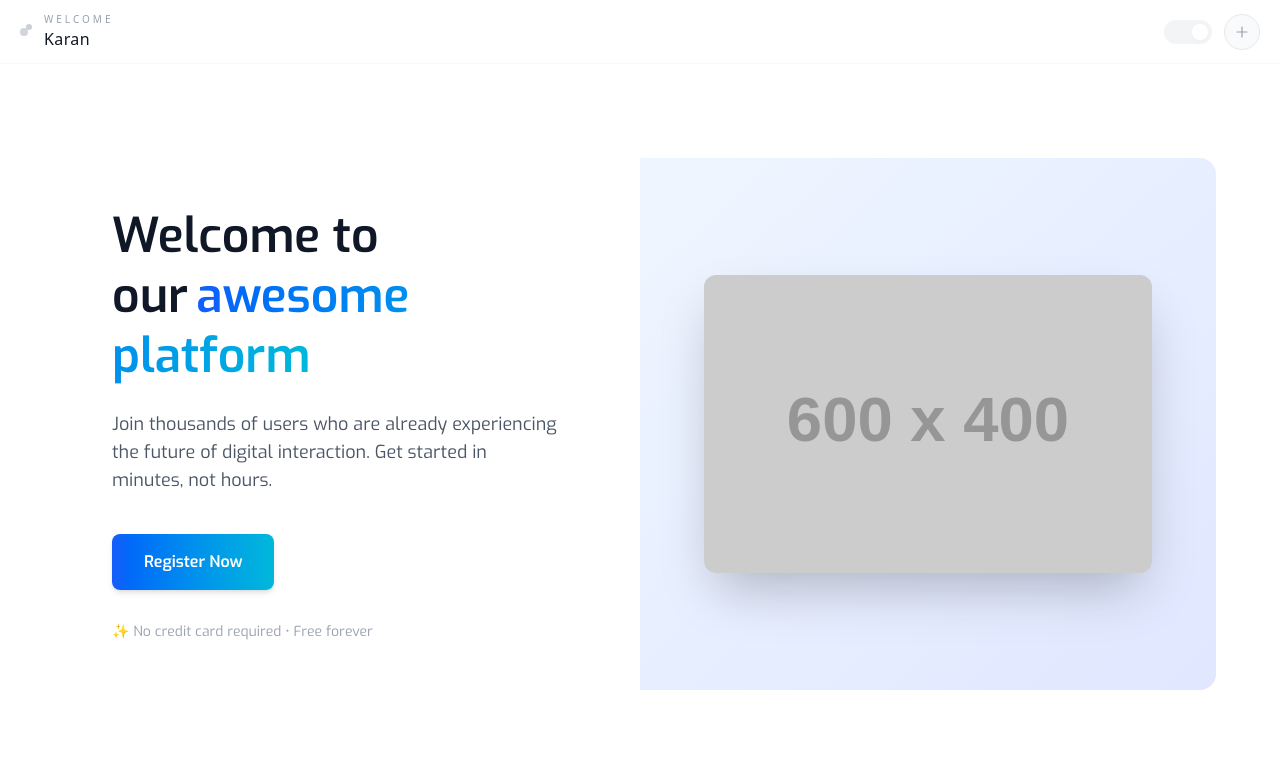
Repository: deepak445566/job
Page: / (app in frontend/)
The author's editor kept a copy of each file at every save. The page is drawn from the files as they stood at one save, then again after the next save.
The browser window is 1280 px wide. The pictures show the whole page.
The page's requests for data from a server got no answer. Some web fonts or font styles are not loaded; a fallback is used. The project was rebuilt for these pictures with package versions that can differ from the ones it lists, and the page was loaded fresh each time. Some packages were replaced by stand-ins written for this rebuild. No one was signed in, and anything a server would have sent is missing. Also part of the build but not shown: frontend/vite.config.js, frontend/src/Components/auth/Login.jsx, frontend/src/Components/study/StudyDashboard.jsx, frontend/src/Components/chill/ChillDashboard.jsx.

Above is the page before, as saved 2026-02-26 13:57:36.

### frontend/index.html
<!doctype html>
<html lang="en">
  <head>
    <meta charset="UTF-8" />
    <link rel="icon" type="image/svg+xml" href="/vite.svg" />
    <meta name="viewport" content="width=device-width, initial-scale=1.0" />
    <title>frontend</title>
    <link rel="preconnect" href="https://fonts.googleapis.com">
<link rel="preconnect" href="https://fonts.gstatic.com" crossorigin>
<link href="https://fonts.googleapis.com/css2?family=Exo:ital,wght@0,100..900;1,100..900&family=Playfair+Display:ital,wght@0,400..900;1,400..900&display=swap" rel="stylesheet">
  </head>
  <body>
    <div id="root"></div>
    <script type="module" src="/src/main.jsx"></script>
  </body>
</html>

### frontend/src/main.jsx
import { StrictMode } from 'react'
import { createRoot } from 'react-dom/client'
import './index.css'
import App from './App.jsx'
import {BrowserRouter} from 'react-router-dom'
import { AppContextProvider } from './context/AppContextProvider.jsx'




createRoot(document.getElementById('root')).render(
  <BrowserRouter>
  <AppContextProvider>
  <StrictMode>
    <App />
  </StrictMode>
  </AppContextProvider>
  </BrowserRouter>
)

### frontend/src/index.css
@import "tailwindcss";
.exo{
  font-family: "Exo", sans-serif;

  font-style: normal;
}

### frontend/src/App.jsx
import React from "react";
import Login from "./Components/auth/Login";
import { Route, Routes } from "react-router-dom";
import Dashboard from "./Components/Dashboard";
import { useAppContext } from "./context/AppContextProvider";
import Navbar from "./Components/common/Navbar";

function App() {
  const { showLogin } = useAppContext(); // user bhi lein context se

  return (
    <div>
      {/* Navbar hamesha dikhega */}
      <Navbar />

      {/* Login modal - tabhi dikhega jab showLogin true ho */}
      {showLogin && <Login />}

      <Routes>
        <Route path="/" element={<Dashboard />} />
      </Routes>
    </div>
  );
}

export default App;

### frontend/src/context/AppContextProvider.jsx
import { useContext, useEffect, useState } from "react";
import { useNavigate } from "react-router-dom";
import axios from "axios";
import { AppContext } from "./AppContext";
import toast from 'react-hot-toast';

axios.defaults.withCredentials = true;
axios.defaults.baseURL = import.meta.env.VITE_BACKEND_URL;
console.log("Base URL:", import.meta.env.VITE_BACKEND_URL);

export const AppContextProvider = ({ children }) => {
  const navigate = useNavigate();
  const [user, setUser] = useState(null);
  const [mode, setMode] = useState('chill'); // Default 'chill' ya 'study'
  const [showLogin, setShowLogin] = useState(false);
  const [loading, setLoading] = useState(true);

  const fetchUser = async () => {
    try {
      const { data } = await axios.get("/api/auth/isauth");
      if (data.success) {
        setUser(data.user);
        // User login hai toh uski mode fetch karo
        fetchUserMode();
      }
    } catch (error) {
      setUser(null);
    } finally {
      setLoading(false);
    }
  };

  // User ka mode fetch karne ka function
  const fetchUserMode = async () => {
    try {
      const { data } = await axios.get("/api/mode/");
      if (data.success) {
        setMode(data.mode);
      }
    } catch (error) {
      console.log("Error fetching mode:", error);
    }
  };

  // Mode toggle karne ka function
  const toggleMode = async () => {
    if (!user) {
      toast.error("Please login first");
      setShowLogin(true);
      return;
    }

    try {
      const { data } = await axios.put("/api/mode/switch");
      if (data.success) {
        setMode(data.mode);
        toast.success(data.message);
      }
    } catch (error) {
      toast.error(error.response?.data?.message || "Error switching mode");
    }
  };

  useEffect(() => {
    fetchUser();
  }, []);

  return (
    <AppContext.Provider
      value={{
        navigate,
        user,
        setUser,
        axios,
        setShowLogin,
        showLogin,
        mode,
        setMode,
        toggleMode,
        loading
      }}
    >
      {children}
    </AppContext.Provider>
  );
};

export const useAppContext = () => useContext(AppContext);

### frontend/src/Components/Dashboard.jsx
// components/Dashboard.jsx
import React from 'react';
import { useAppContext } from '../context/AppContextProvider';
import StudyDashboard from './study/StudyDashboard';
import ChillDashboard from './chill/ChillDashboard';

function Dashboard() {
  const { mode, user, setShowLogin, loading } = useAppContext();

  // Loading state
  if (loading) {
    return (
      <div className="min-h-screen flex items-center justify-center">
        <div className="text-center">
          <div className="w-16 h-16 border-4 border-blue-500 border-t-transparent rounded-full animate-spin mx-auto mb-4"></div>
          <p className="text-gray-600">Loading dashboard...</p>
        </div>
      </div>
    );
  }

  // Agar user login nahi hai
  if (!user) {
    return (
     <div className="min-h-screen  flex items-center justify-center  exo">

      <div className="max-w-6xl w-full   rounded-2xl overflow-hidden flex flex-col md:flex-row">

        {/* Left side: Text and button */}
        <div className="w-full md:w-1/2 p-8 sm:p-10 lg:p-12 flex flex-col justify-center space-y-6">
          {/* Heading */}
          <h1 className="text-4xl sm:text-5xl font-semibold text-gray-900 leading-tight">
            Welcome to our
            <span className="text-transparent bg-clip-text bg-gradient-to-r from-blue-600 to-cyan-500 block sm:inline sm:ml-2">
              awesome platform
            </span>
          </h1>

          {/* Paragraph */}
          <p className="text-lg text-gray-600 max-w-md">
            Join thousands of users who are already experiencing the future of digital interaction. Get started in minutes, not hours.
          </p>

          {/* Register Now Button */}
          <div className="pt-4">
            <button className="px-8 py-4 bg-gradient-to-r from-blue-600 to-cyan-500 text-white font-semibold rounded-lg shadow-md hover:shadow-lg transform hover:scale-105 transition-all duration-300 ease-in-out focus:outline-none focus:ring-2 focus:ring-blue-400 focus:ring-offset-2">
              Register Now
            </button>
          </div>

          {/* Optional extra trust indicator */}
          <p className="text-sm text-gray-400 pt-2">✨ No credit card required • Free forever</p>
        </div>

        {/* Right side: Image */}
        <div className="w-full md:w-1/2 bg-gradient-to-br from-blue-50 to-indigo-100 flex items-center justify-center p-8 sm:p-10 lg:p-12">
          {/*
            Using a placeholder image from placeholder.com.
            Replace the src with your own image.
            The image is made responsive with object-fit to maintain aspect ratio.
          */}
          <img
            src="https://placehold.co/600x400/3b82f6/ffffff/png?text=Your+Image+Here&font=montserrat"
            alt="Hero visual representing our platform"
            className="w-full h-auto max-w-md rounded-xl shadow-2xl object-cover transform hover:scale-105 transition-transform duration-500"
          />
        </div>
      </div>
    </div>
    );
  }

  // Mode ke hisaab se dashboard render karo
  return (
    <div className="transition-all duration-500">
      {mode === 'study' ? <StudyDashboard /> : <ChillDashboard />}
    </div>
  );
}

export default Dashboard;

### frontend/src/Components/common/Navbar.jsx
import React, { useState } from "react";
import { useAppContext } from "../../context/AppContextProvider";
import toast from "react-hot-toast";

function Navbar() {
  const { user, setUser, axios, setShowLogin, navigate, mode, toggleMode } =
    useAppContext();
  const [loggingOut, setLoggingOut] = useState(false);
  const [togglingMode, setTogglingMode] = useState(false);
  const [showProfileMenu, setShowProfileMenu] = useState(false);

  const handleLogout = async () => {
    try {
      setLoggingOut(true);
      const { data } = await axios.post("/api/auth/logout");
      if (data.success) {
        setUser(null);
        setShowLogin(true);
        toast.success("Logged out successfully");
        navigate("/");
      } else {
        toast.error(data.message || "Logout failed");
      }
    } catch (error) {
      toast.error(error.response?.data?.message || "Error logging out");
    } finally {
      setLoggingOut(false);
      setShowProfileMenu(false);
    }
  };

  const handleToggleMode = async () => {
    try {
      setTogglingMode(true);
      await toggleMode();
    } catch (error) {
      console.error("Error toggling mode:", error);
    } finally {
      setTogglingMode(false);
    }
  };

  const handleProfileClick = () => {
    if (user) {
      setShowProfileMenu(!showProfileMenu);
    } else {
      setShowLogin(true);
    }
  };

  // Get first letter of name for avatar
  const getInitial = () => {
    if (user?.username) return user.username[0].toUpperCase();
    if (user?.email) return user.email[0].toUpperCase();
    return 'K';
  };

  return (
    <nav className="bg-white/80 backdrop-blur-xl px-5 py-3 border-b border-gray-100/50 sticky top-0 z-50">
      <div className="flex justify-between items-center max-w-7xl mx-auto">
        {/* Left Side - Minimal Luxury Greeting */}
        <div className="flex items-center gap-4">
          {/* Ultra-minimal greeting dot */}
          <div className="relative">
            <div className="w-2 h-2 bg-gray-300 rounded-full"></div>
            <div className="absolute -top-1 -right-1 w-1.5 h-1.5 bg-gray-400 rounded-full opacity-50"></div>
          </div>

          {/* Name with exquisite typography */}
          <div className="flex flex-col">
            <span className="text-[10px] uppercase tracking-[0.3em] text-gray-400 font-light">
              Welcome
            </span>
            <div className="flex items-center gap-2">
              <span className="text-base font-light text-gray-900 tracking-wide">
                {user?.username || user?.email?.split('@')[0] || 'Karan'}
              </span>
              {user && (
                <span className="w-1 h-1 bg-gray-300 rounded-full"></span>
              )}
            </div>
          </div>
        </div>

        {/* Right Side - Ultra Minimal Actions */}
        <div className="flex items-center gap-3">
          {/* Mode Toggle - Refined Switch */}
          <button
            onClick={handleToggleMode}
            disabled={togglingMode || !user}
            className={`relative w-12 h-6 rounded-full transition-all duration-700 ${
              user
                ? mode === 'study'
                  ? 'bg-gray-900'
                  : 'bg-gray-400'
                : 'bg-gray-100 cursor-not-allowed'
            }`}
            title={!user ? "Login to switch mode" : `Switch to ${mode === 'study' ? 'Chill' : 'Study'}`}
          >
            <span
              className={`absolute top-1 left-1 w-4 h-4 bg-white rounded-full shadow-xl transform transition-all duration-500 ease-in-out ${
                mode === 'chill' ? 'translate-x-6' : ''
              }`}
            />
          </button>

          {/* Profile - Museum Quality */}
          <div className="relative">
            <button
              onClick={handleProfileClick}
              className="group relative focus:outline-none"
            >
              {/* Ultra subtle ring */}
              {user && (
                <div className="absolute -inset-0.5 bg-gradient-to-r from-gray-200 to-gray-300 rounded-full opacity-0 group-hover:opacity-100 transition-opacity duration-500 blur-[1px]"></div>
              )}

              {/* Minimal Avatar */}
              <div className={`relative w-9 h-9 rounded-full flex items-center justify-center transition-all duration-300 ${
                user
                  ? 'bg-gray-900 text-white border border-white/20'
                  : 'bg-gray-50 text-gray-400 border border-gray-200'
              }`}>
                {user ? (
                  <span className="text-xs font-light tracking-wider">{getInitial()}</span>
                ) : (
                  <svg width="16" height="16" viewBox="0 0 16 16" fill="none" xmlns="http://www.w3.org/2000/svg">
                    <path d="M8 3V13M3 8H13" stroke="currentColor" strokeWidth="1.2" strokeLinecap="round"/>
                  </svg>
                )}
              </div>
            </button>

            {/* Profile Menu - Minimal Luxury Dropdown */}
            {showProfileMenu && user && (
              <>
                {/* Backdrop */}
                <div
                  className="fixed inset-0 z-40"
                  onClick={() => setShowProfileMenu(false)}
                />

                {/* Menu Card - Like a luxury boutique */}
                <div className="absolute right-0 mt-3 w-56 bg-white/95 backdrop-blur-xl rounded-2xl shadow-[0_20px_40px_-15px_rgba(0,0,0,0.1)] border border-gray-100/80 z-50 overflow-hidden">
                  {/* User Info - Minimal */}
                  <div className="px-5 py-4 border-b border-gray-100/50">
                    <p className="text-xs text-gray-400 uppercase tracking-[0.2em] mb-2 font-light">
                      Account
                    </p>
                    <p className="text-sm font-medium text-gray-900 mb-0.5">
                      {user.username || 'User'}
                    </p>
                    <p className="text-xs text-gray-400 truncate font-light">
                      {user.email || 'user@example.com'}
                    </p>
                  </div>

                  {/* Menu Items - Refined */}
                  <div className="p-2">
                    <button
                      onClick={() => {
                        setShowProfileMenu(false);
                        navigate('/profile');
                      }}
                      className="w-full px-4 py-2.5 text-left hover:bg-gray-50/80 rounded-xl transition-all duration-200 flex items-center gap-3 text-gray-600 group"
                    >
                      <span className="text-sm opacity-50 group-hover:opacity-100 transition-opacity">👤</span>
                      <span className="text-xs font-light tracking-wide">Profile</span>
                    </button>

                    <button
                      onClick={() => {
                        setShowProfileMenu(false);
                        navigate('/settings');
                      }}
                      className="w-full px-4 py-2.5 text-left hover:bg-gray-50/80 rounded-xl transition-all duration-200 flex items-center gap-3 text-gray-600 group"
                    >
                      <span className="text-sm opacity-50 group-hover:opacity-100 transition-opacity">⚙️</span>
                      <span className="text-xs font-light tracking-wide">Settings</span>
                    </button>

                    <div className="h-px bg-gray-100/50 my-2"></div>

                    <button
                      onClick={handleLogout}
                      disabled={loggingOut}
                      className="w-full px-4 py-2.5 text-left hover:bg-red-50/50 rounded-xl transition-all duration-200 flex items-center gap-3 text-red-400 group"
                    >
                      <span className="text-sm opacity-50 group-hover:opacity-100 transition-opacity">🚪</span>
                      <span className="text-xs font-light tracking-wide flex-1">
                        {loggingOut ? "Exiting..." : "Sign out"}
                      </span>
                      {loggingOut && (
                        <span className="w-3 h-3 border border-red-300 border-t-transparent rounded-full animate-spin" />
                      )}
                    </button>
                  </div>
                </div>
              </>
            )}
          </div>
        </div>
      </div>
    </nav>
  );
}

export default Navbar;

Loaded but not shown: frontend/src/context/AppContext.jsx (common file)

After the next save:
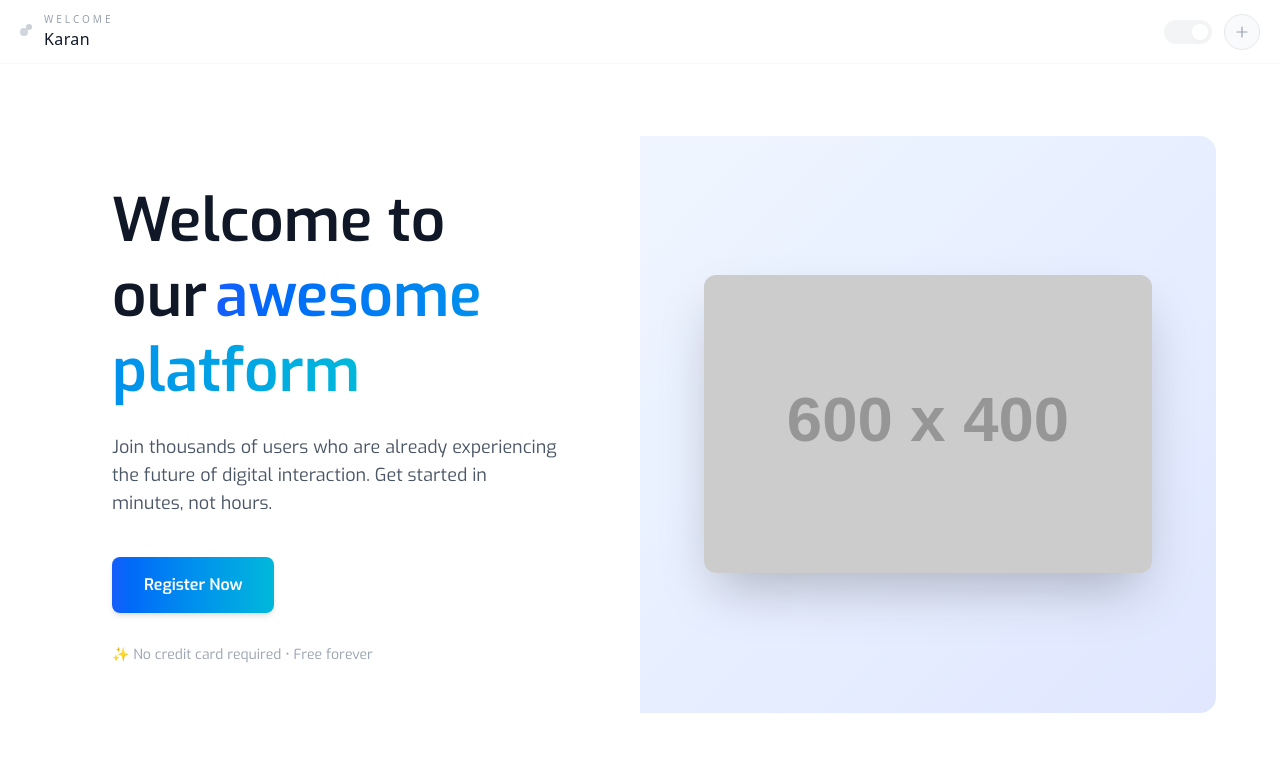
Saved 5 s later.
--- a/frontend/src/Components/Dashboard.jsx
+++ b/frontend/src/Components/Dashboard.jsx
@@ -29,7 +29,7 @@ function Dashboard() {
         {/* Left side: Text and button */}
         <div className="w-full md:w-1/2 p-8 sm:p-10 lg:p-12 flex flex-col justify-center space-y-6">
           {/* Heading */}
-          <h1 className="text-4xl sm:text-5xl font-semibold text-gray-900 leading-tight">
+          <h1 className="text-4xl sm:text-6xl font-semibold text-gray-900 leading-tight">
             Welcome to our
             <span className="text-transparent bg-clip-text bg-gradient-to-r from-blue-600 to-cyan-500 block sm:inline sm:ml-2">
               awesome platform
